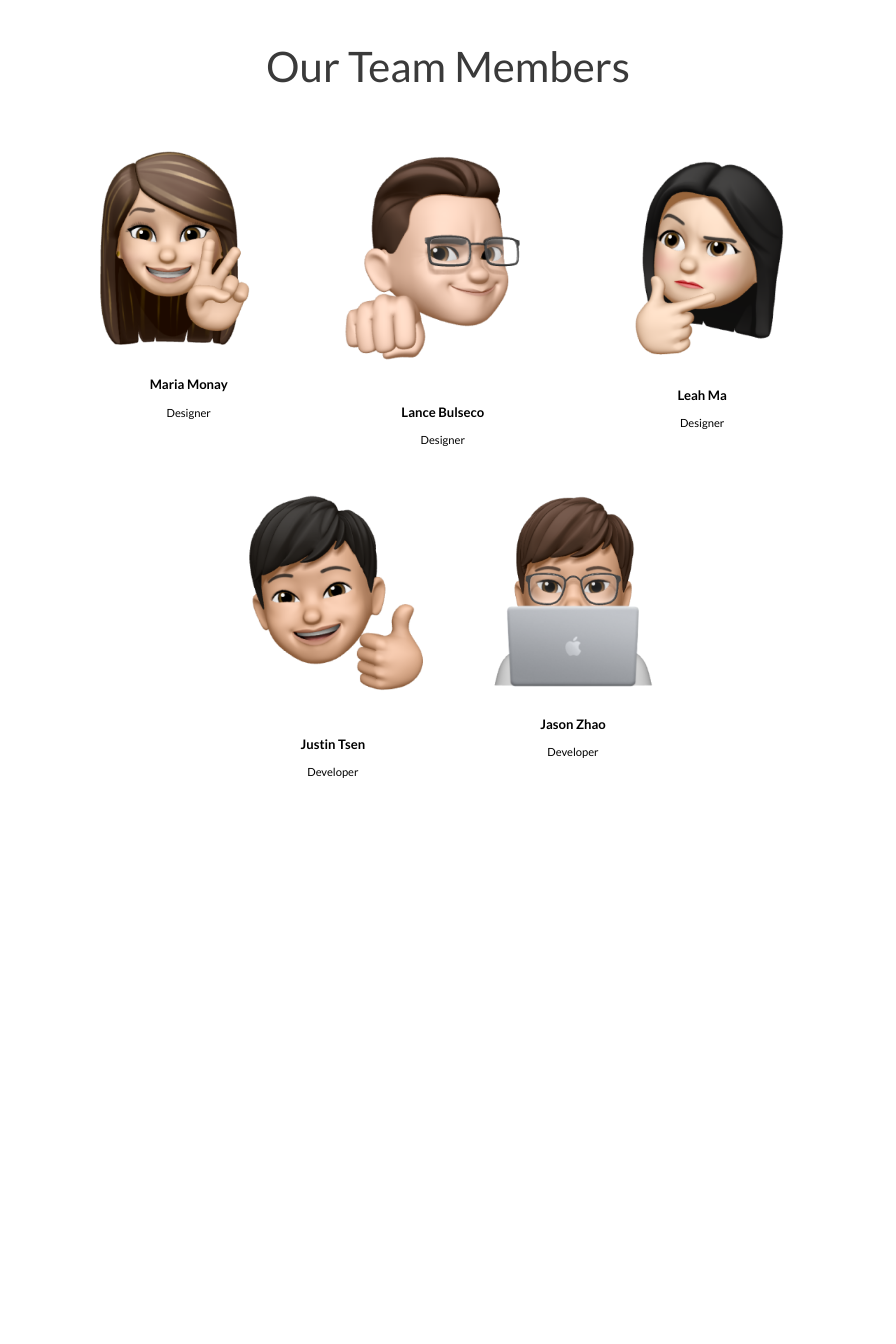
Repository: leahma1208/dinemaster
Page: index.html
An editor plug-in stored every save of this project. The page is shown before and after the next save, followed by the edit.
The browser window is 1280 px wide. The pictures show the part of the page from y = 4580 to 6500 px (the page is 7735 px tall before and 7035 px after), at 70% of full size.
A picture or video elsewhere on the page could not be fetched, so the positions and the page height are approximate.

Above is the page before, as saved 2021-05-07 13:01:30.

### index.html
<!DOCTYPE html>
<html lang="en">
<head>
    <meta charset="UTF-8">
    <meta http-equiv="X-UA-Compatible" content="IE=edge">
    <meta name="viewport" content="width=device-width, initial-scale=1.0">
    <link rel="stylesheet" href="style.css">
    <link rel="preconnect" href="https://fonts.gstatic.com">
<link href="https://fonts.googleapis.com/css2?family=Lato:ital,wght@0,300;0,400;0,700;0,900;1,400;1,700;1,900&display=swap" rel="stylesheet">
    <title>Dinemaster</title>
</head>
<body>
    <div class="holder">
    <div class="main-nav">
        <div class="logo"><img src="/img/Logo.svg" alt=""></div>
        <div class="nav">
            <a href="#feature">Features</a>
            <a href="#down">Download</a>
            <a href="#about">About us</a>
        </div>
    </div>
<!-- =========INTRO================= -->
    <div class="col intro">
        <div class="head-cont">
            <div class="head">Share, Post, Like &<br> Review Restaurants</div>
            <div class="text">Share your favourite restaurants visits with your friends and family! Keep track of your visits and rate other restaurants.</div>
        </div>

        <div class="vid">
            <iframe width="700" height="400" src="https://www.youtube.com/watch?v=QAF69FwPSKw" title="YouTube video player" frameborder="0" allow="accelerometer; autoplay; clipboard-write; encrypted-media; gyroscope; picture-in-picture" allowfullscreen></iframe>
        </div>

    </div>
    <br>
    <br>
    <br>
    <br>
<!-- =========PERSONAL ACCOUNTS================= -->
    <div class="col personal" id="feature">
        <div class="personal-img">
            <img src="/img/personal.svg" alt="personal">
        </div>

        <div class="per-cont">
            <div class="head">Personal Accounts</div>
            <div class="text ">Post your favourite meal and keep track of your previous visits! Recommend your favourite restaurants to your friends and family.</div>
        </div>
    </div>

    <br>
    <br>
    <br>
    <br>
    <!-- =========BUSINESS ACCOUNTS================= -->
    <div class="col business">

        <div class="per-cont">
            <div class="head">Business Accounts</div>
            <div class="text ">Are you a business owner? Advertise your business by posting your restaurant menus and daily specials. Also, receive customer feedbacks to improve and promote your business.</div>
        </div>

        <div class="business-img">
            <img src="/img/business.svg" alt="business">
        </div>
    </div>
    <br>
    <br>
    <br>
    <br>
    <!--================ DOWNLOAD APP============== -->
    <div class="download" id="down">
        <div class="down-cont">
            <div class="bighead">Download App</div>
            <div class="text">Install the app today to share your favourite restaurants with your friends and family!</div>
        </div>
        <div class="down-img">
            <img src="/img/download.svg" alt="download">
        </div>
        <div class="down-buttons">
            <img src="/img/app store.svg" alt="app store">
            <img src="/img/google play.svg" alt="playstore">
        </div>
    </div>
    <br>
    <br>
    <br>
    <br>
     <!-- =========ABOUT US================= -->
        <div class="col aboutus" id="about">

            <div class="per-cont">
                <div class="bighead">About Us</div>
                <h2 class="dine">DINEMASTER</h2>
                <div class="text ">Dinemaster allows users to share their personal experience with a restaurant that they have visited. With this app many restaurants can use this platform to advertise for their business and connect with their customers.</div>
            </div>

            <div class="business-img">
                <img src="/img/Aboutus.png" alt="aboutus">
            </div>
        </div>
<br>
<br>
<br>
<br>
<!-- =========Team Members================= -->
        <div class="members">
            <h1>Our Team Members</h1>
            <div class="img1">
                <div><img src="/img/image 4.png" alt="Maria Monay"><h3  class="names">Maria Monay</h3><p class="names">Designer</p></div>
                <div><img src="/img/image 5.png" alt="Lance Bulseco"><h3 class="names">Lance Bulseco</h3><p class="names">Designer</p></div>
                <div><img src="/img/39f8df7f1b6dbd378f3a219a0ab0f1ef-sticker 1.png" alt="Leah Ma"><h3 class="names">Leah Ma</h3><p class="names">Designer</p></div>
            </div>
            <div class="img2">
               <div><img src="/img/2f48eec3970b26064700bd96f6fee4a5-sticker 1.png" alt="Justin Tsen"><h3 class="names">Justin Tsen</h3><p class="names">Developer</p></div>
                <div><img src="/img/4bc877a33df24f9d52337a4e7bfaca46-sticker 1.png" alt="Jason Zhao"><h3 class="names">Jason Zhao</h3><p class="names">Developer</p></div>
            </div>
        </div>
<br>
<br>
<br>
<br>
<!-- =========Contact Us================= -->
        <div class="contact-cont">
            <h1 class="Contact">Contact Us</h1>
            <form action="/action_page.php" class="submit">
                <label for="fname">First Name</label>
                <input type="text" id="fname" name="firstname" placeholder="Your name..">

                <label for="lname">Last Name</label>
                <input type="text" id="lname" name="lastname" placeholder="Your last name..">

                <label for="country">Country</label>
                <select id="country" name="country">
                  <option value="australia">Australia</option>
                  <option value="canada">Canada</option>
                  <option value="usa">USA</option>
                </select>

                <label for="subject">Subject</label>
                <textarea id="subject" name="subject" placeholder="Write something.." style="height:200px"></textarea>

                <input type="submit" value="Submit" >
              </form>
        </div>
<br>
<br>
<br>
<br>
<!-- =========Copy Right================= -->
<div class="copyright">
    <p>©2021 Dinemaster | BCIT Educational Project</p>
</div>
</div>
</body>
</html>

### style.css
body,
html {
  margin: 0;
}

.holder {
  font-family: "Lato", sans-serif;
}

/* ===============NAV BAR============ */
.main-nav {
  display: flex;
  padding-top: 50px;
  justify-content: space-between;
  max-width: 90vw;
  margin: auto;
}

.logo > img {
  width: 350px;
}

.nav {
  display: flex;
  justify-content: space-between;
  min-width: 650px;
}

.nav > a {
  text-decoration: none;
  color: #222222;
  font-size: 30px;
}

a:hover {
  color: #727272;
}
/* ===========FIRST COL=================== */

.col {
  display: flex;
}

.intro {
  max-width: 90vw;
  margin: auto;
  margin-top: 300px;
  justify-content: space-between;
}

.head {
  font-size: 60px;
  color: #3a3a3a;
  font-weight: 400;
}
.text {
  font-size: 30px;
  line-height: 40px;
  color: #444444;
  margin-top: 30px;
  font-weight: 300;
  max-width: 700px;
}

.vid {
  margin-left: 100px;
}

/* ========PERSONAL============== */
.personal {
  margin-top: 150px;
  justify-content: space-between;
}

.personal-img {
  margin-right: 100px;
}

.per-cont {
  margin: auto;
  padding: 60px;
}

/* ========BUSINESS============== */
.business {
  margin-top: 100px;
  justify-content: space-between;
}

/* ======DOWNLOAD============= */

.download {
  max-width: 90vw;
  margin: auto;
  display: flex;
  flex-direction: column;
  justify-content: center;
  align-items: center;
}

.down-cont {
  margin-top: 250px;
  text-align: center;
}

.bighead {
  font-size: 100px;
  font-weight: 700;
  color: #3a3a3a;
}

.down-img {
  margin-top: 100px;
  margin-bottom: 100px;
}

.down-buttons {
  display: flex;
  justify-content: space-around;
}

.down-buttons > img {
  padding: 10px;
}

/* ======ABOUTUS============= */

.dine {
  font-size: 40px;
  font-weight: 400;
  color: #3a3a3a;
}
/* ======ABOUTUS============= */

.members > h1 {
  font-size: 60px;
  font-weight: 400;
  color: #3a3a3a;
}
.members {
  display: flex;
  justify-content: center;
  align-items: center;
  flex-direction: column;
}

.img1 {
  display: flex;
  flex-direction: row;
  padding: 10px;
}

.img2 {
  display: flex;
  flex-direction: row;
  padding: 10px;
}

.names {
  display: flex;
  justify-content: center;
}

/*==========Contact==============*/

.contact-cont {
  width: 80vw;
  margin: auto;
  margin-top: 1000px;
  margin-bottom: 100px;
}
input[type="text"],
select,
textarea {
  width: 100%;
  padding: 12px;
  border: 1px solid #ccc;
  border-radius: 4px;
  box-sizing: border-box;
  margin-top: 6px;
  margin-bottom: 16px;
  resize: vertical;
}

input[type="submit"] {
  background-color: #04aa6d;
  color: white;
  padding: 12px 20px;
  border: none;
  border-radius: 4px;
  cursor: pointer;
}

input[type="submit"]:hover {
  background-color: #45a049;
}

.container {
  border-radius: 5px;
  background-color: #f2f2f2;
  padding: 20px;
}

.Contact {
  display: flex;
  justify-content: center;
  font-size: 100px;
  font-weight: 700;
  color: #3a3a3a;
}

.submit {
  display: flex;
  justify-content: center;
  align-items: center;
  flex-direction: column;
}
/*========Copy========*/

.copyright {
  display: flex;
  align-items: center;
  justify-content: center;
  font-weight: 200px;
}

After the next save:
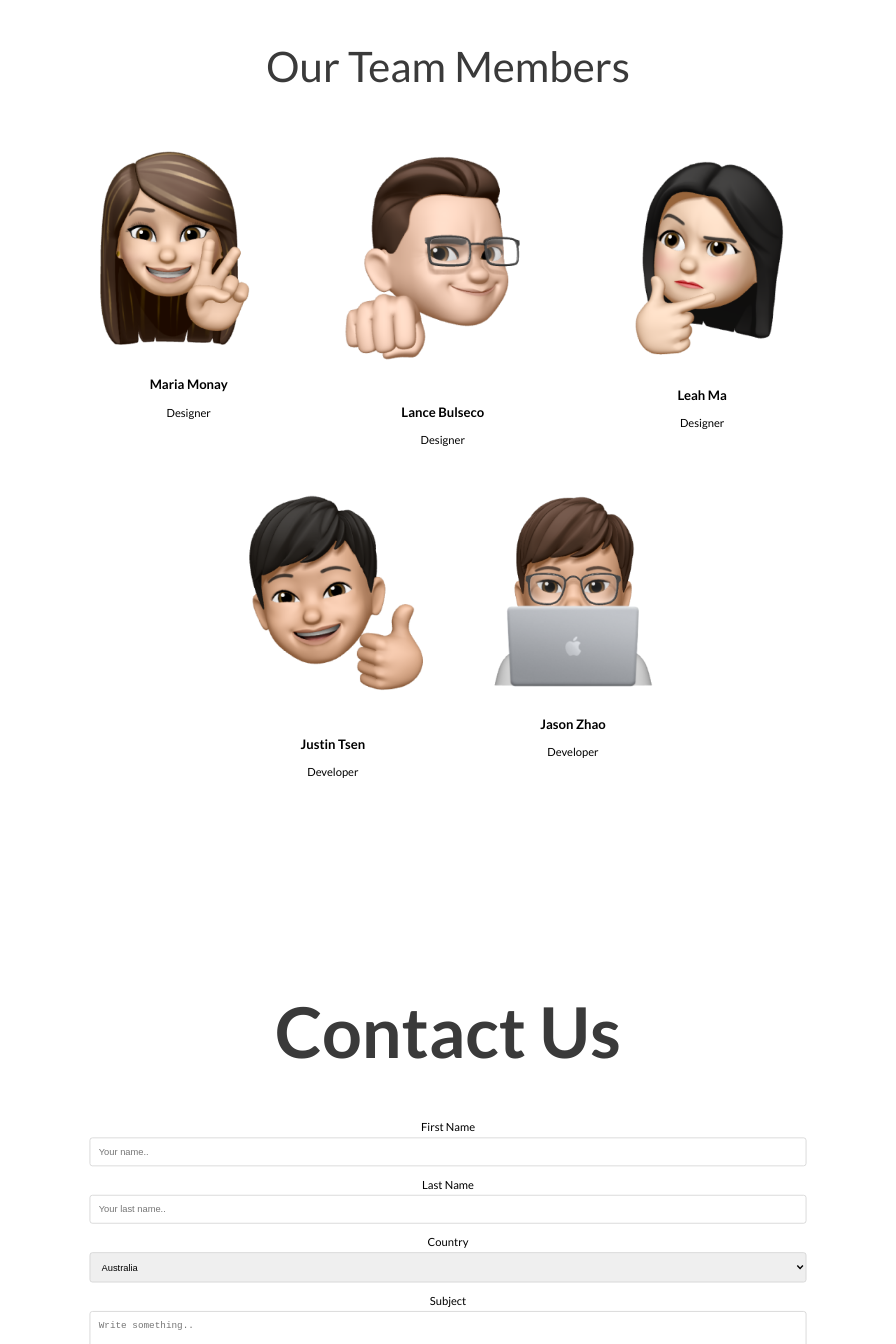
Saved 8 s later.
--- a/style.css
+++ b/style.css
@@ -166,8 +166,8 @@
 .contact-cont {
   width: 80vw;
   margin: auto;
-  margin-top: 1000px;
-  margin-bottom: 100px;
+  margin-top: 200px;
+  margin-bottom: 200px;
 }
 input[type="text"],
 select,
